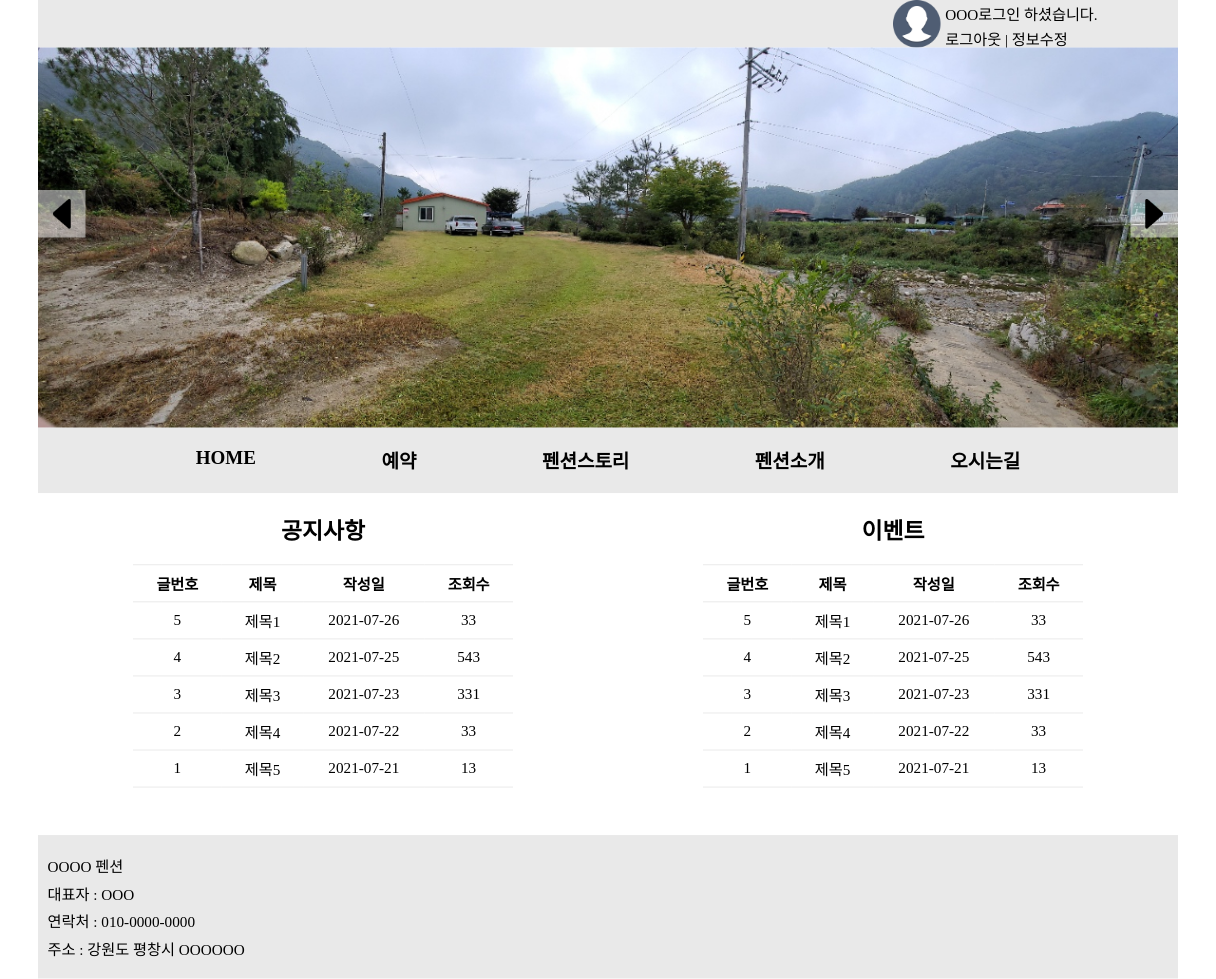
Repository: kuma2458/jsp
Page: http://localhost/step01/08_main.jsp
These files come from the project's save history. The page is drawn as it stood at one moment and after the next save; the edit follows.
The browser window is 1280 px wide. The pictures show the whole page, at 95% of full size.
The page is served by Tomcat 9.

Above is the page before, as saved 2023-12-21 05:09:16.

After the next save:
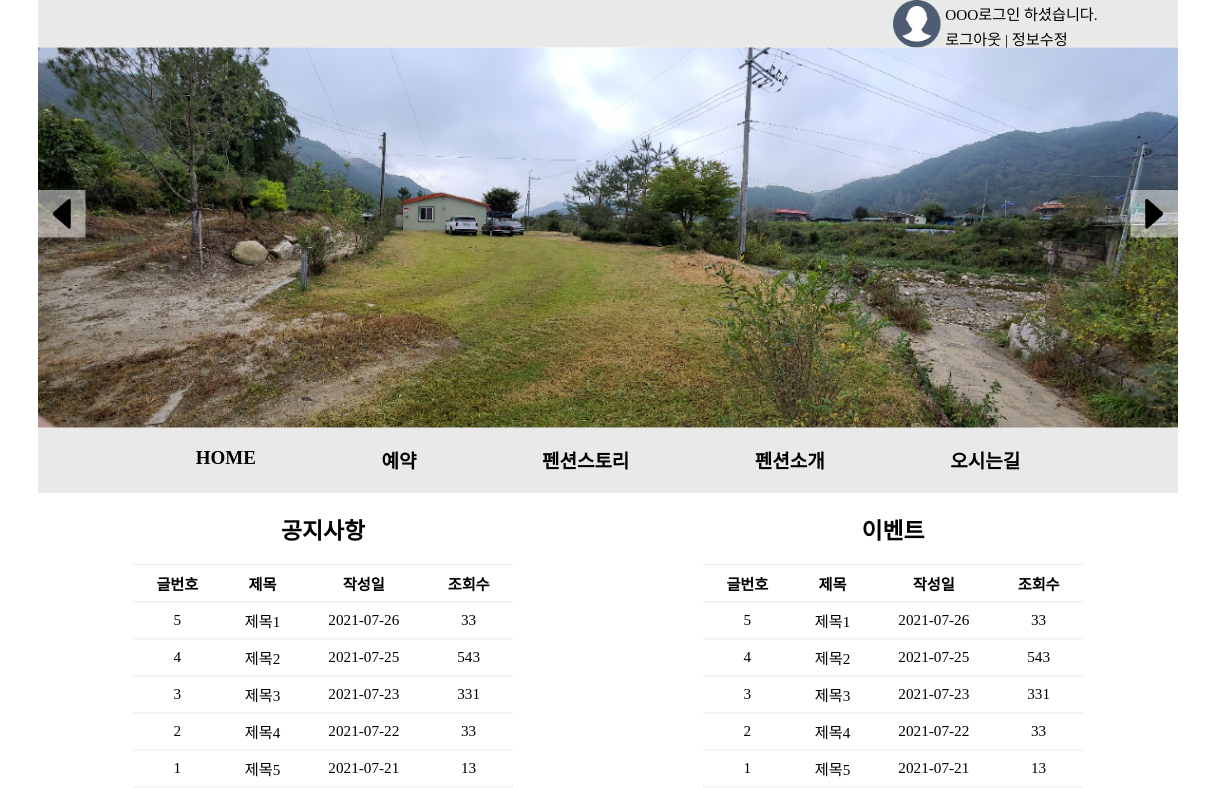
Saved 10 s later.
--- a/step01/src/main/webapp/08_main.jsp
+++ b/step01/src/main/webapp/08_main.jsp
@@ -125,30 +125,7 @@
                 </table>
             </article>
         </section>
-    	<style>
-footer {
-	margin-top: 50px;
-	padding: 15px 10px;
-	font-size: 16px;
-	background-color: #e9e9e9;
-}
 
-footer ul {
-	list-style-type: none;
-}
-
-footer ul li {
-	margin: 5px 0px;
-}
-</style>
-<footer>
-	<ul>
-		<li>OOOO 펜션</li>
-		<li>대표자 : OOO</li>
-		<li>연락처 : 010-0000-0000</li>
-		<li>주소 : 강원도 평창시 OOOOOO</li>
-	</ul>
-</footer>
     </div>
 </body>
 </html>
